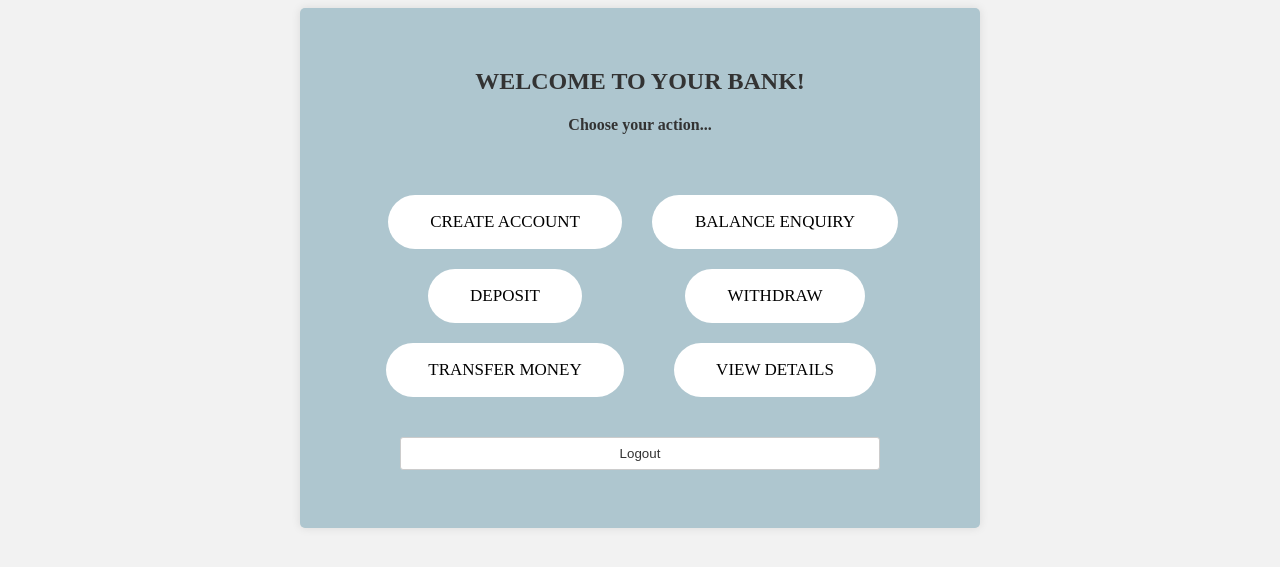
Repository: mansistic-0n3/Java_IGT
Page: Java Project/BankServlet/src/main/webapp/Home.html
These files come from the project's save history. The page is drawn as it stood at one moment and after the next save; the edit follows.
The browser window is 1280 px wide. The pictures show the whole page.

Above is the page before, as saved 2023-07-03 06:31:52.

### Java Project/BankServlet/src/main/webapp/Home.html
<!DOCTYPE html>
<html>
<head>
  <title>BANK</title>
   <!--<style>
 .button{
  width: 100%;
  padding: 10px;
  border-radius: 3px;
  border: none;
  background-color: #AEC6CF;
  color: #ffffff;
  cursor: pointer;
 }
 .button:hover {
      transform: scale(1.2);
    }
  </style>-->
  <style>
  .btn {
 position: relative;
 font-size: 17px;
 text-transform: uppercase;
 text-decoration: none;
 padding: 1em 2.5em;
 display: inline-block;
 border-radius: 6em;
 transition: all .2s;
 border: none;
 font-family: inherit;
 font-weight: 500;
 color: black;
 background-color: white;
}

.btn:hover {
 transform: translateY(-3px);
 box-shadow: 0 10px 20px rgba(0, 0, 0, 0.2);
}

.btn:active {
 transform: translateY(-1px);
 box-shadow: 0 5px 10px rgba(0, 0, 0, 0.2);
}

.btn::after {
 content: "";
 display: inline-block;
 height: 100%;
 width: 100%;
 border-radius: 100px;
 position: absolute;
 top: 0;
 left: 0;
 z-index: -1;
 transition: all .4s;
}

.btn::after {
 background-color: #fff;
}

.btn:hover::after {
 transform: scaleX(1.4) scaleY(1.6);
 opacity: 0;
}
  </style>
</head>
<body style="background-color: #f2f2f2; text-align:center;">
<div style="max-width: 600px; margin: 0 auto; padding: 40px; background-color: #AEC6CF; border-radius: 5px; box-shadow: 0 0 10px rgba(0, 0, 0, 0.1);">
 <h2 style="text-align: center; color: #333333;">WELCOME TO YOUR BANK!</h2>
 <h4 style="text-align: center; color: #333333;">Choose your action...</h4>
  <div style="display: grid; grid-template-columns: repeat(2, 1fr); gap: 20px; max-width: 600px; margin: 0 auto; padding: 40px;">
   <form action="create.html"> <div style="text-align: center;">
      <input type="submit" value = "CREATE ACCOUNT" class="btn">
    </div></form>
    <form action="Bal.html"> <div style="text-align: center;">
      <input type="submit" value = "BALANCE ENQUIRY" class="btn">
    </div></form>
   <form action="Deposit.html"> <div style="text-align: center;">
      <input type="submit" value = "DEPOSIT" class="btn">
    </div></form>
    <form action="Withdraw.html"> <div style="text-align: center; ">
      <input type="submit" value = "WITHDRAW" class="btn">
    </div></form>
     <form action="transfer.html"> <div style="text-align: center;">
      <input type="submit" value = "TRANSFER MONEY" class="btn">
    </div></form>
    <form action="detail.html"> <div style="text-align: center;">
      <input type="submit" value = "VIEW DETAILS" class="btn">
    </div></form>
  </div>

      <form action="login.html">
        <input type="submit" value="Logout" style="width: 80%; padding: 8px; border-radius: 3px; border: 1px solid #cccccc; background-color: #ffffff; color: #333333; cursor: pointer;">
      <br><br></form></div>
</body>
</html>

After the next save:
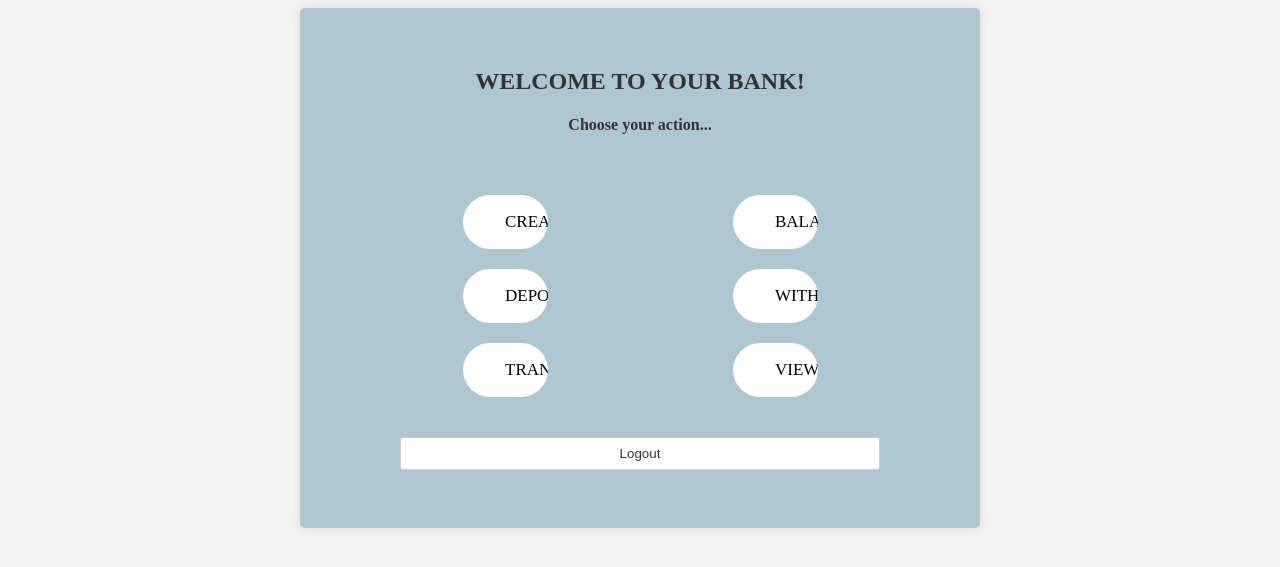
Saved 46 s later.
--- a/Java Project/BankServlet/src/main/webapp/Home.html
+++ b/Java Project/BankServlet/src/main/webapp/Home.html
@@ -20,6 +20,7 @@
   .btn {
  position: relative;
  font-size: 17px;
+ width:25px;
  text-transform: uppercase;
  text-decoration: none;
  padding: 1em 2.5em;
